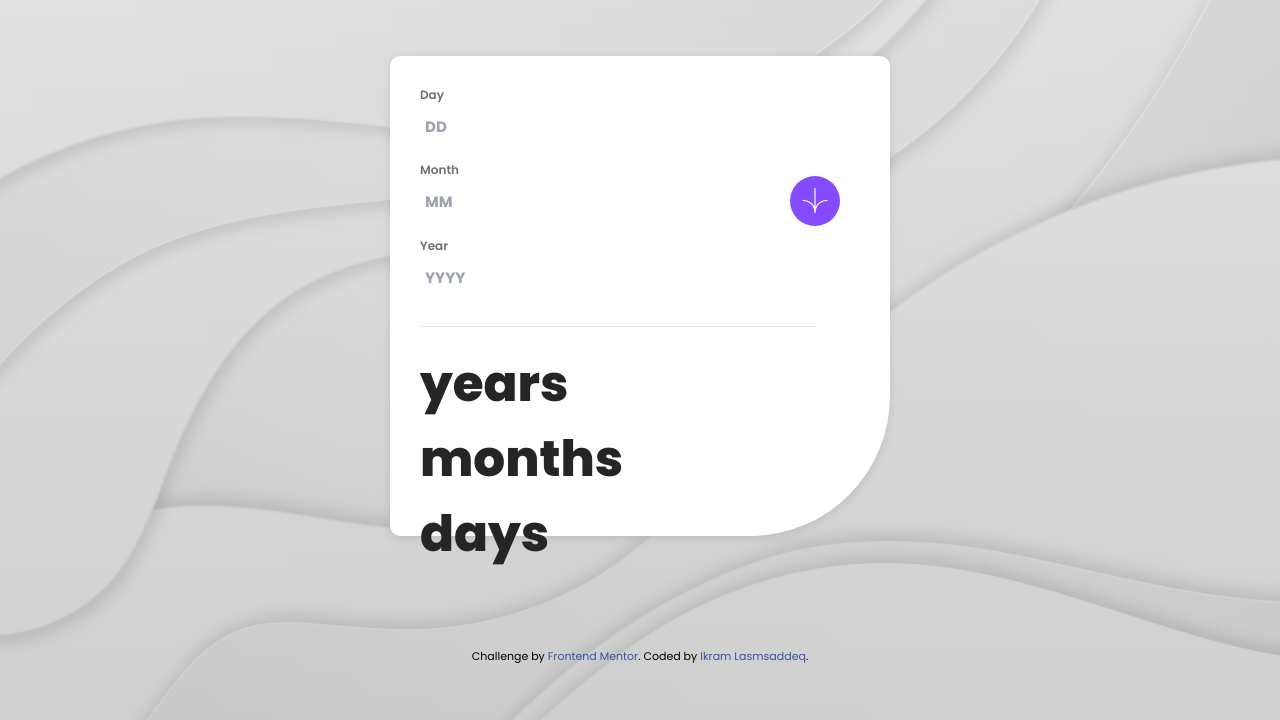
Repository: ikram-lisa/age-display
Page: /
An editor plug-in stored every save of this project. The page is shown before and after the next save, followed by the edit.
The browser window is 1280 px wide. The pictures show the whole page.
Some web libraries are served in a nearby version. The project was rebuilt for these pictures with package versions that can differ from the ones it lists, and the page was loaded fresh each time.

Above is the page before, as saved 2024-05-01 16:11:00.

After the next save:
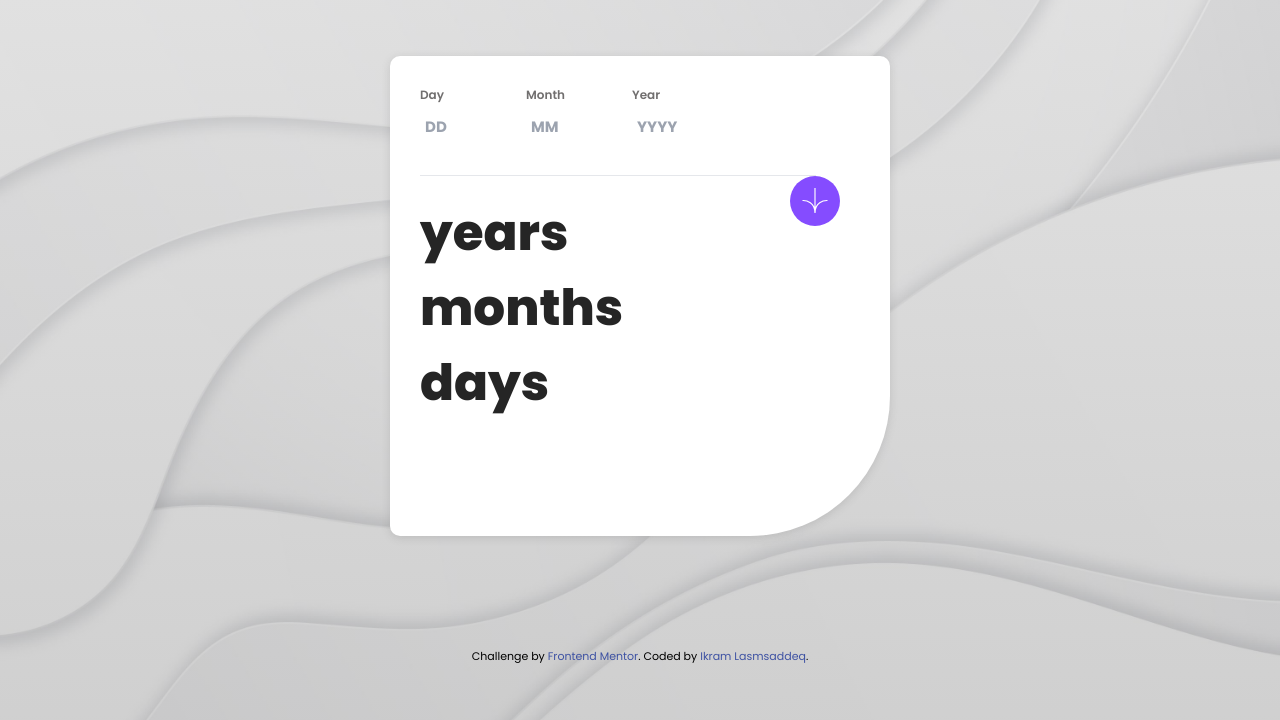
Saved 52 s later.
--- a/css/style.scss
+++ b/css/style.scss
@@ -58,6 +58,7 @@ body {
         outline: none;
         font-weight: bold;
         font-size: 15px;
+        width: 90px;
       }
     }
     .submit {
